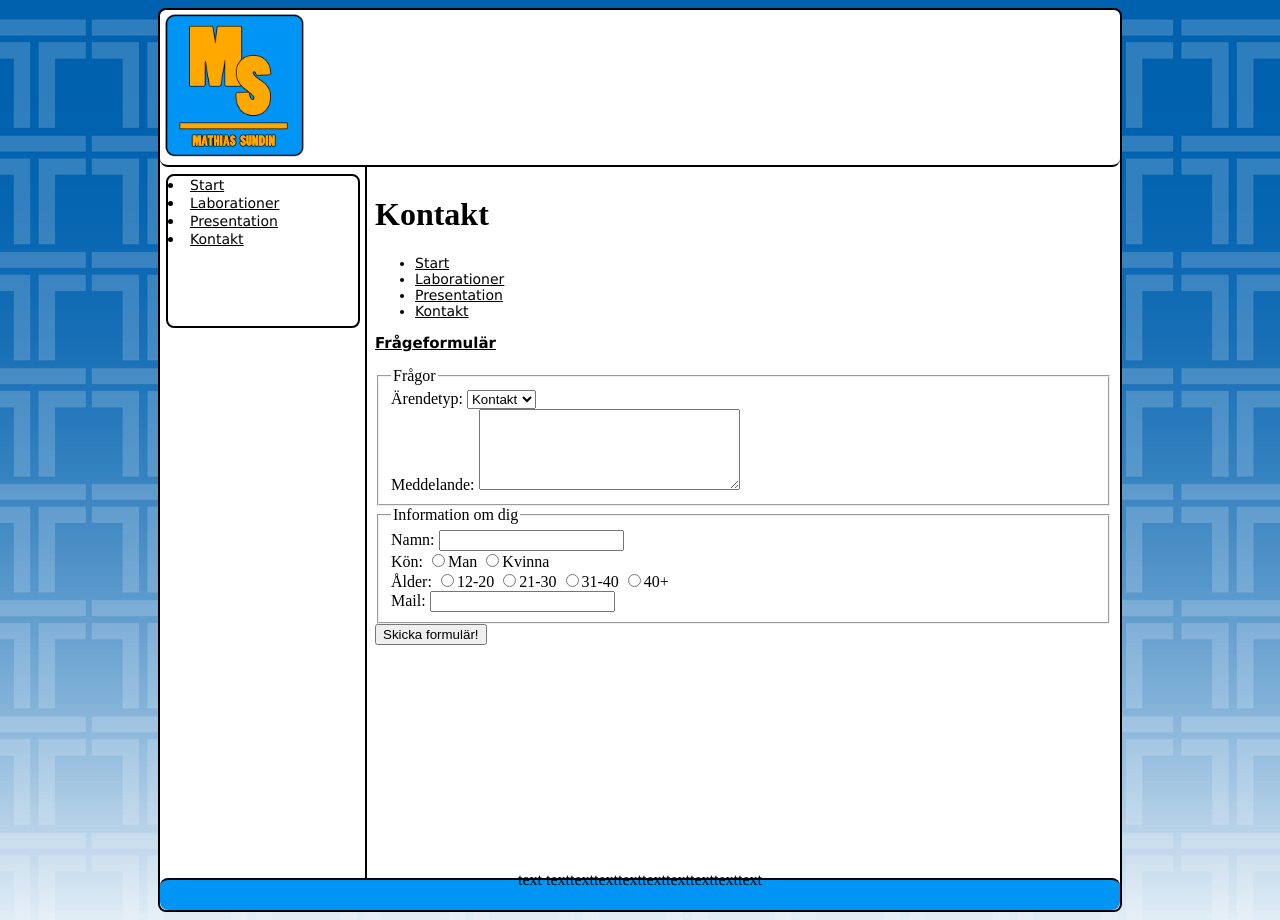
Repository: ms223uh/1ik415-laborationer
Page: www/pages/kontakt.html
The author's editor kept a record of every edit. The page is drawn from the files as they stood at one moment, then again after the next edit.
The browser window is 1280 px wide. The pictures show the whole page.

Above is the page before.

### www/pages/kontakt.html
<!DOCTYPE html>

<html lang="sv">

    <head>
        <meta http-equiv="content-type" content="text/html; charset=utf-8" />

    <link rel="stylesheet" href="../css/style.css">

        <title>Mathias Sundin</title>
    </head>
    <body>





        <!--Kontakt-->




        <div id="wrapper">


    <div id="head">
            <img src="../pics/logo1.png" width="150" height="150" alt="Logo">

        </div>




<div id="meny">


            <li><a href="../index.html">Start</a></li>
            <li><a href="laborationer.html">Laborationer</a></li>
            <li><a href="presentation.html">Presentation</a></li>
            <li><a href="kontakt.html">Kontakt</a></li>


</div>

        <div id="content">


        <h1>Kontakt</h1>

        <ul>
            <li><a href="../index.html">Start</a></li>
            <li><a href="laborationer.html">Laborationer</a></li>
            <li><a href="presentation.html">Presentation</a></li>
            <li><a href="kontakt.html">Kontakt</a></li>
            </li>
        </ul>

        <h3>Frågeformulär</h3>

        <form action="http://voyager.lnu.se/tekinet/kurser/dtt/wp_webbintro/form.php" method="post" >
        <fieldset>

        <legend>Frågor</legend>
            Ärendetyp: <select name="Ärende">
                <option value="Kontakt">Kontakt</option>
                <option value="Support">Support</option>
            </select>
            <br>
            Meddelande: <textarea rows="5" cols="30" name="Meddelande"></textarea>

        </fieldset>

        <fieldset>

        <legend>Information om dig</legend>
            Namn: <input type="text" name="Namn">
            <br>
            Kön: <input type="radio" name="Kön" value="man">Man
            <input type="radio" name="Kön" value="kvinna">Kvinna
            <br>
            Ålder: <input type="radio" name="Ålder" value="12-20">12-20 <input type="radio" name="Ålder" value="21-30">21-30 <input type="radio" name="Ålder" value="31-40">31-40 <input type="radio" name="Ålder" value="40+">40+
            <br>
            Mail: <input type="text" name="Mail">
        </fieldset>

           <button type="submit">Skicka formulär!</button>
          </form>




           </div>

    <div id="footer">

        text texttexttexttexttexttexttexttexttext

    </div>


        </div>




    </body>
</html>

### www/css/style.css

/* Layout */

body
{
    background: url(pics/backgroundimage2.jpeg) no-repeat;
}


#wrapper
{
    background-color: #ffffff;
    width: 960px;
    height: 900px;
    margin-right: auto;
    margin-left: auto;
    border: solid 2px #000000;
    border-radius: 8px;
}




#head
{
    width: 958;
    height: 155px;
    background-color: #FFFFFF;
    border-radius: 8px;
    border-bottom: solid 2px #000000;
    margin-top: 0px;



}


#head2
{
    width: auto;
    height: 25px;
    background-color: #0095F4;
    border-bottom: solid 2px #000000;
    text-align: center;
    border-radius: 8px;
    margin-top: 0px;
}


#head3
{
    width: auto;
    height: 25px;
    background-color: #0095F4;
    border-bottom: solid 2px #000000;
    text-align: center;
    border-radius: 8px;
    margin-top: -15px;
}




#content
{
    height: 695px;
    background-color: #ffffff;
    margin-left: 205px;
    margin-top: 0px;
    padding: 8px;
    overflow: auto;
    border-left: solid 2px #000000;
}




#meny
{
    width: 190px;
    height: 150px;
    background-color: #FFFFFF;
    border: solid 2px #000000;
    float: left;
    margin-top: 7px;
    margin-left: 6px;
    border-radius: 8px;

}


#menyli a:link { text-decoration: none; color: #000000; font-family: verdana; font-size: 16px;}
#menyli a:visited { text-decoration: none; color: #000000; font-family: verdana; font-size: 16px; }
#menyli a:active { text-decoration: none; color: #000000; font-family: verdana; font-size: 16px; }
#menyli li a:hover { text-decoration: none; color: #FFFFFF; font-family: verdana; font-size: 16px; background: #0095F4; }


.active
{
    text-decoration: none; color: #FFFFFF; font-family: verdana; font-size: 16px; background: #FFA800
}

#menyli li {
list-style: none;
}




#footer
{
    background-color: #0095F4;
    width: auto;
    height: 30px;
    border-radius: 8px;
    border-top: solid 2px #000000;
    text-align: center;
    vertical-align: middle;
    line-height: 0px;
    margin-top: 0px;

}


#footer2
{
    width: auto;
    height: 25px;
    background-color: #0095F4;
    border-top: solid 2px #000000;
    text-align: center;
    border-radius: 8px;
    margin-top: -8px;
}


#footer3
{
    width: auto;
    height: 25px;
    background-color: #0095F4;
    border-top: solid 2px #000000;
    text-align: center;
    border-radius: 8px;
    margin-top: -6px;
}



/* Typografi */


p
{
    font-family: Verdana; font-size: 14px; color: #000000;
    white-space: pre-line;
}

h2
{
    font-family: Verdana; font-size: 18px; color: #000000; text-decoration: bold; text-decoration: underline;
}

h3
{
   font-family: Verdana; font-size: 15px; color: #000000; text-decoration: bold; text-decoration: underline;
}


h9
{
   font-family: Verdana; font-size: 35px; color: #000000; text-decoration: bold;
}

h10
{
   font-family: Verdana; font-size: 15px; color: #5D5F60; text-decoration: bold;


}


ol
{
    font-family: Verdana; font-size: 14px; color: #000000;

}

ul
{
font-family: Verdana; font-size: 14px; color: #000000;

}

a:link { text-decoration: underline; color: #000000; font-family: verdana; font-size: 14px;}
a:visited { text-decoration: none; color: #000000; font-family: verdana; font-size: 14px; }
a:active { text-decoration: none; color: #000000; font-family: verdana; font-size: 14px; }
a:hover { text-decoration: none; color: #CCCCCC; font-family: verdana; font-size: 14px; }





thead
{
    background-color: #0095F4;
     color: #000000; font-family: verdana; font-size: 15px;
}

tfoot
{
    background-color: #0095F4;
     color: #000000; font-family: verdana; font-size: 15px;
}

table {
  border-collapse: collapse;

}

After the next edit:
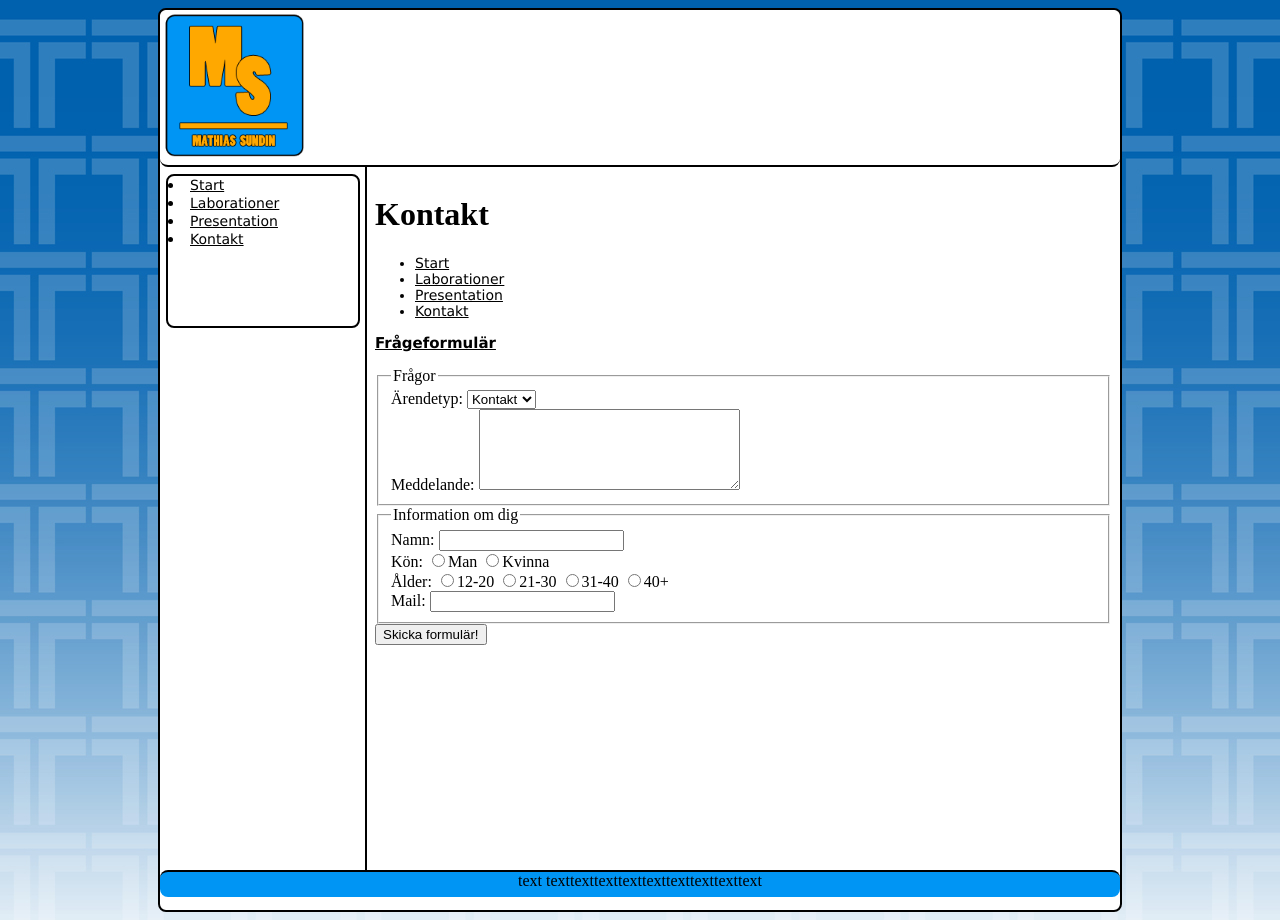
The edit:
--- a/www/pages/kontakt.html
+++ b/www/pages/kontakt.html
@@ -91,7 +91,7 @@
 
            </div>
 
-    <div id="footer">
+    <div id="footer2">
 
         text texttexttexttexttexttexttexttexttext
 
